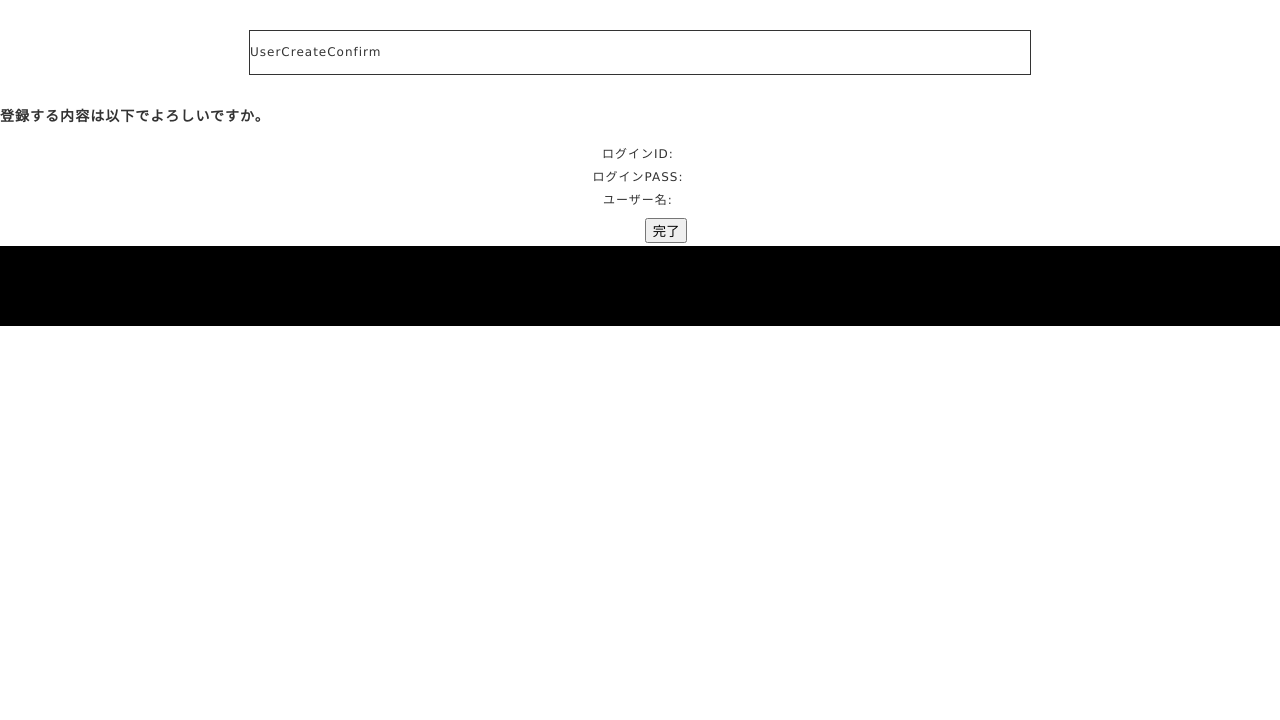
Repository: ryuhei0204/test
Page: http://localhost/ecsite02/userCreateConfirm.jsp
The author's editor kept a copy of each file at every save. The page is drawn from the files as they stood at one save, then again after the next save.
The browser window is 1280 px wide. The pictures show the whole page.
The page is served by Tomcat 9. Other server files are loaded and not shown.

Above is the page before, as saved 2019-05-21 08:02:12.

### ecsite02/WebContent/userCreateConfirm.jsp
<%@ page language="java" contentType="text/html; charset=UTF-8"
    pageEncoding="UTF-8"%>
<%@ taglib prefix="s" uri="/struts-tags" %>
<!DOCTYPE html>
<html>
<head>
<meta  http-equiv="Content-Type" content="text/html; charset=UTF-8"/>
<meta  http-equiv="Content-Style-Type" content="text/css"/>
<meta  http-equiv="Content-Script-Type" content="text/javascript"/>
<meta  http-equiv="imagetoolbar" content="no"/>
<meta name="description" content=""/>
<meta name="keywords" content=""/>
<title>UserCreateComfirm画面</title>

<style type="text/css">

  body{
    margin:0;
    padding:0;
    line-height:1.6;
    letter-spacing:1px;
    font-family:Verdana,Helvetica,sans-serif;
    font-size:12px;
    color:#333;
    background:#fff;
  }

  table{
    text-align:center;
    margin:0 auto;
  }


  #top{
    width:780px;
    margin:30px auto;
    border:1px solid #333;
  }

  #header{
    width:100%;
    height:80px;
    background-color:black;
  }

  #main{
    width:100%;
    height:500px;
    text-align:center;
  }

  #footer{
    width:100%;
    height:80px;
    background-color:black;
    clear:both;
  }
  </style>
</head>
<body>
   <div id="heder">
      <div id="top">
         <p>UserCreateConfirm</p>
      </div>
      <div>
         <h3>登録する内容は以下でよろしいですか。</h3>
         <table>
            <s:form action="UserCreateCompleteAction">
            <tr id="box">
               <td>
                  <label>ログインID:</label>
               </td>
               <td>
                  <s:property value="loginUserId" escape="false"/>
               </td>
            </tr>
            <tr id="box">
               <td>
                  <label>ログインPASS:</label>
               </td>
               <td>
                  <s:property value="loginPassword" escape="false"/>
               </td>
            </tr>
            <tr id="box">
               <td>
                  <label>ユーザー名:</label>
               </td>
               <td>
                  <s:property value="userName" escape="false"/>
               </td>
            </tr>
            <tr>
               <td>
                  <s:submit value="完了"/>
               </td>
            </tr>
         </s:form>
         </table>
      </div>
   </div>
   <div id="footer">
      <div id="pr">
      </div>
   </div>
</body>
</html>

After the next save:
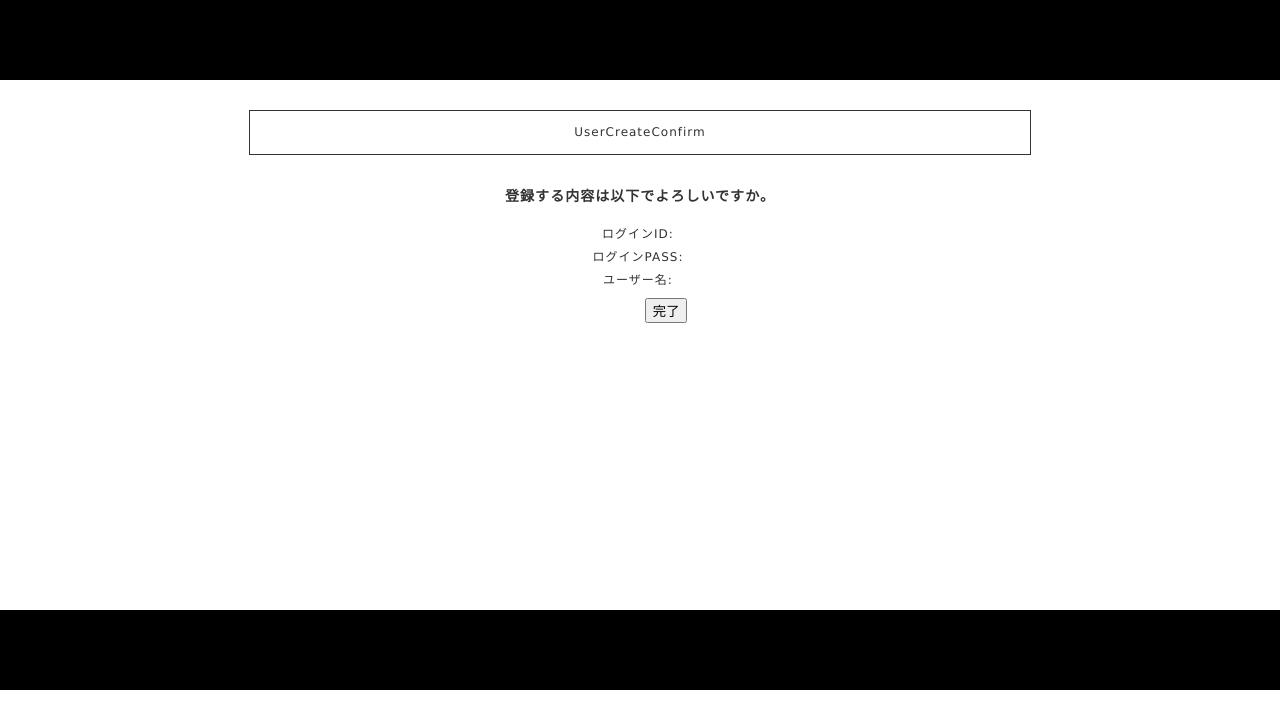
Saved 4 min 6 s later.
--- a/ecsite02/WebContent/userCreateConfirm.jsp
+++ b/ecsite02/WebContent/userCreateConfirm.jsp
@@ -58,7 +58,11 @@
   </style>
 </head>
 <body>
-   <div id="heder">
+   <div id="header">
+      <div id="pr">
+      </div>
+   </div>
+   <div id="main">
       <div id="top">
          <p>UserCreateConfirm</p>
       </div>
